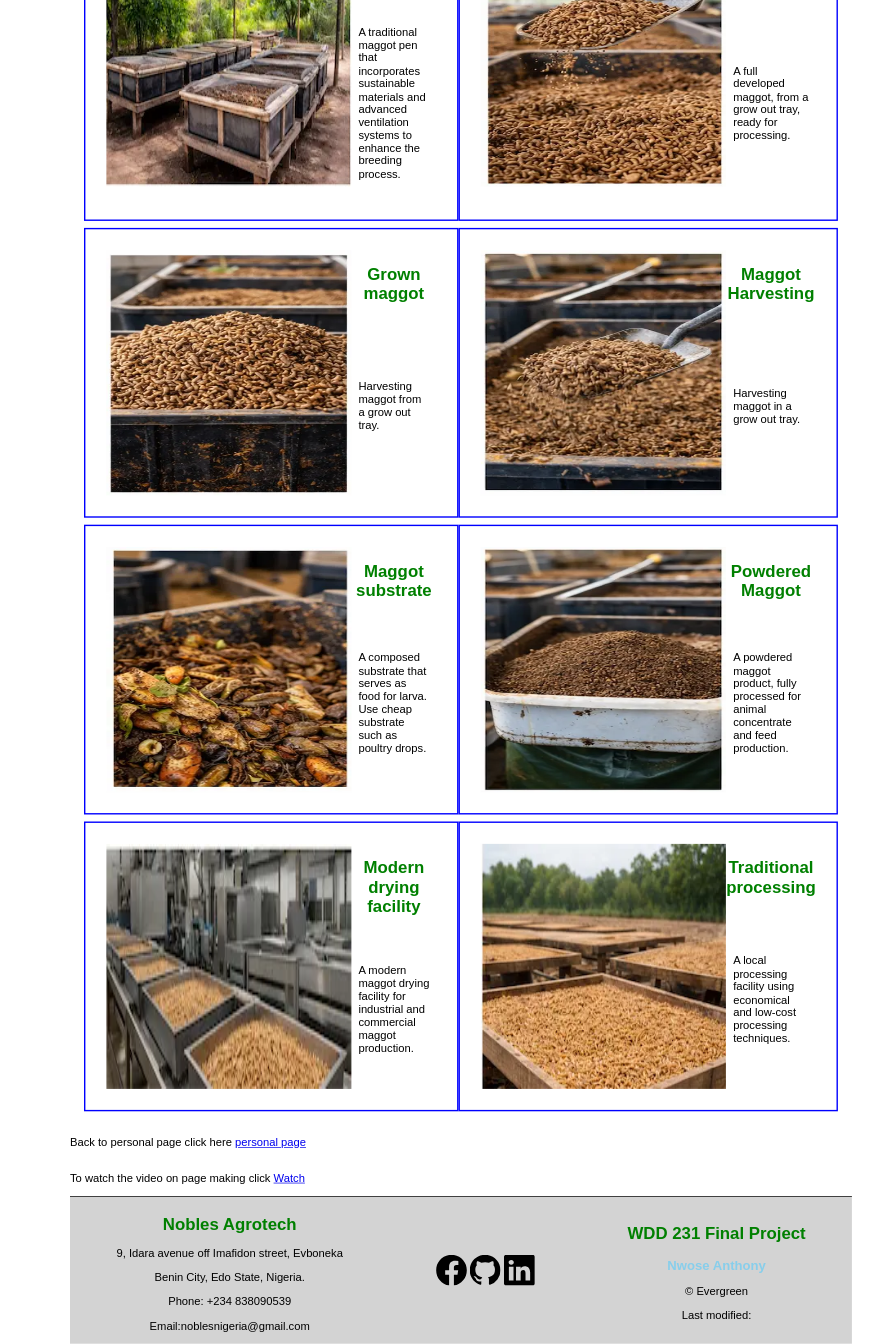
Repository: NoblesNigeria/articles
Page: maggot/farm-galleries.html
An editor plug-in stored every save of this project. The page is shown before and after the next save, followed by the edit.
The browser window is 1280 px wide. The pictures show the part of the page from y = 781 to 2701 px (the page is 2701 px tall before and 2600 px after), at 70% of full size.

Above is the page before, as saved 2026-02-23 11:04:10.
Console error: TypeError: Cannot read properties of null (reading 'addEventListener')

After the next save:
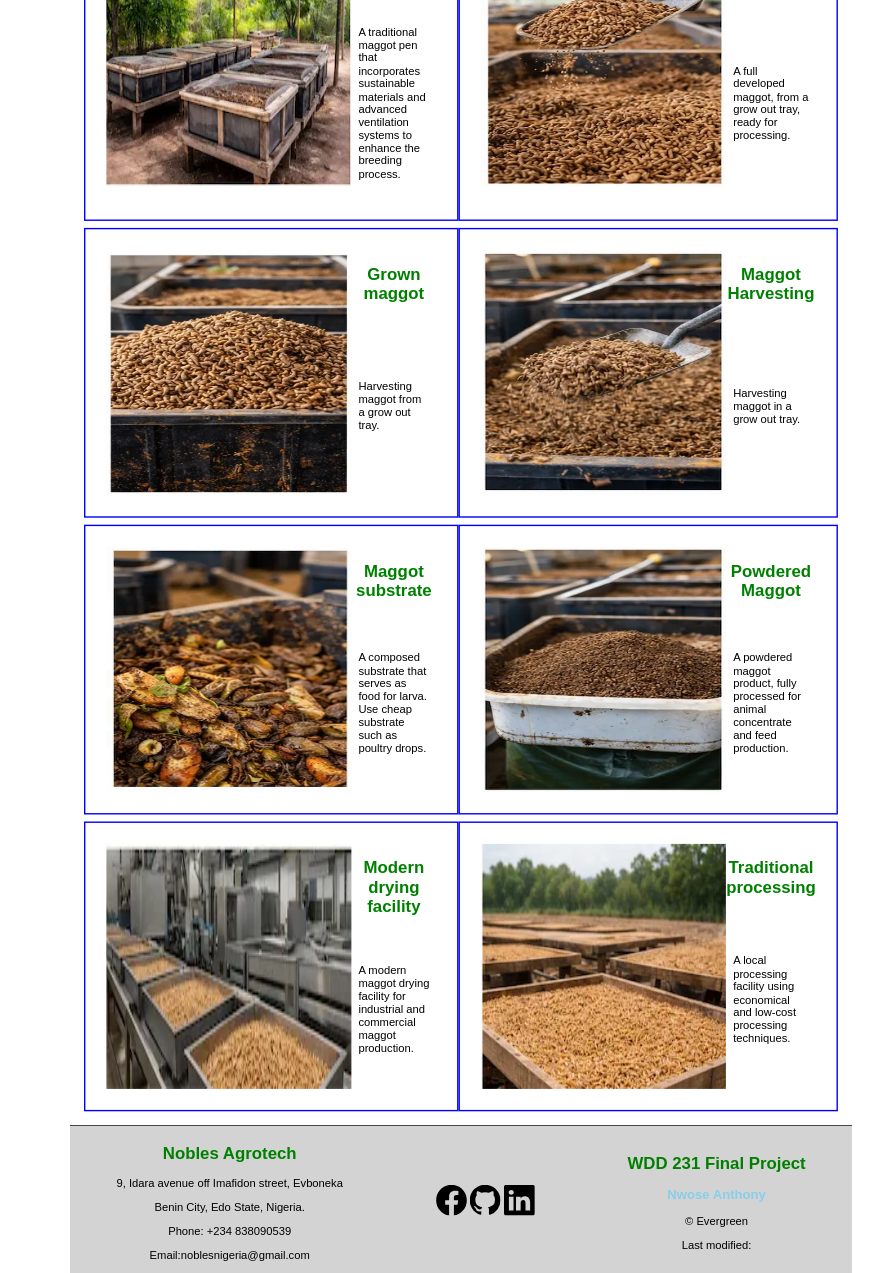
Saved 46 s later.
--- a/maggot/farm-galleries.html
+++ b/maggot/farm-galleries.html
@@ -35,8 +35,7 @@
     <main>
         <section id="directory-entries"></section>
     </main>
-    <p> Back to personal page click here <a href="https://noblesnigeria.github.io/wdd231/index.html"> personal page</a></p>
-    <p>To watch the video on page making click <a href="https://app.screencastify.com/watch/4KcYn3ku5BtcIechrisi?checkOrg=2b556cc6-6db3-4d8e-972a-422a65bee404">Watch</a></p>
+
     <footer>
         <aside class="contact">
             <h2>Nobles Agrotech</h2>
